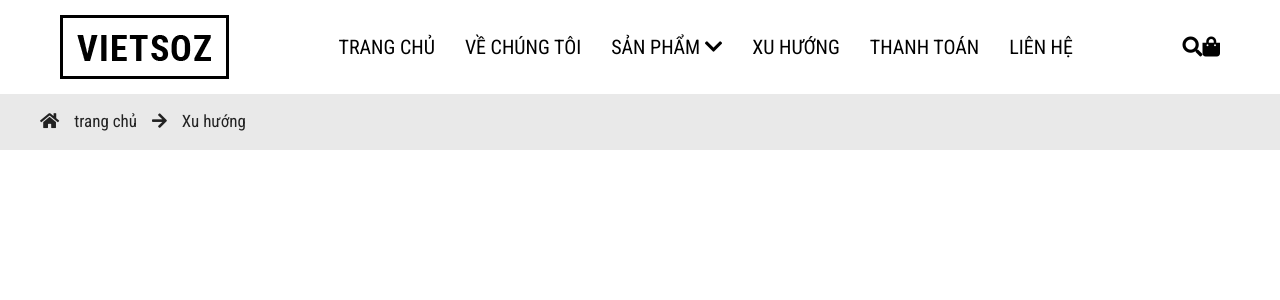
Repository: vinhtk0209/Vietsoz-reponsive
Page: index.html
These files come from the project's save history. The page is drawn as it stood at one moment and after the next save; the edit follows.
The browser window is 1280 px wide. The pictures show the whole page.

Above is the page before, as saved 2021-10-23 17:14:01.

### index.html
<!DOCTYPE html>
<html lang="en">
  <head>
    <meta charset="UTF-8" />
    <meta http-equiv="X-UA-Compatible" content="IE=edge" />
    <meta name="viewport" content="width=device-width, initial-scale=1.0" />
    <link rel="stylesheet" href="assets/css/reset.css" />
    <link rel="stylesheet" href="assets/css/global.css" />
    <link rel="stylesheet" href="assets/css/main.css" />
    <link rel="stylesheet" href="assets/fontawesome/css/all.css" />
    <link rel="stylesheet" href="assets/css/reponsive.css">
    <link rel="preconnect" href="https://fonts.googleapis.com" />
    <link rel="preconnect" href="https://fonts.gstatic.com" crossorigin />
    <link
      href="https://fonts.googleapis.com/css2?family=Roboto:ital,wght@0,100;0,300;0,400;0,500;0,700;0,900;1,100;1,300;1,400;1,500;1,700;1,900&display=swap"
      rel="stylesheet"
    />
    <link rel="preconnect" href="https://fonts.googleapis.com" />
    <link rel="preconnect" href="https://fonts.gstatic.com" crossorigin />
    <link
      href="https://fonts.googleapis.com/css2?family=Roboto+Condensed:ital,wght@0,300;0,400;0,700;1,300;1,400;1,700&display=swap"
      rel="stylesheet"
    />
    <div id="fb-root"></div>
    <script
      async
      defer
      crossorigin="anonymous"
      src="https://connect.facebook.net/vi_VN/sdk.js#xfbml=1&version=v11.0"
      nonce="ecJjSUD8"
    ></script>
    <title>VIESOZ</title>
  </head>

  <body>
    <!-- wrapper starts -->
    <div class="wrapper">
      <!-- header starts -->
      <header class="header">
        <div class="container">
          <div
            class="wp-header-top d-flex align-i-center justify-content-between"
          >
            <div class="header-banner">
              <img src="assets/images/logo.png" alt="" />
            </div>
            <nav class="header-main-menu">
              <ul class="d-flex main-menu">
                <li><a href="">trang chủ</a></li>
                <li><a href="">về chúng tôi</a></li>
                <li class="product-have-menu">
                  <a href=""
                    >sản phẩm
                    <span class="arrow-down"
                      ><i class="fas fa-chevron-down"></i></span
                  ></a>

                </li>

                <li><a href="">xu hướng</a></li>
                <li><a href="">thanh toán</a></li>
                <li><a href="">liên hệ</a></li>

              </ul>

            </nav>
            <ul class="icon-menu d-flex">
              <li>
                <a href=""
                  ><span class="search"><i class="fas fa-search"></i></span
                ></a>
              </li>
              <li>
                <a href="" class="shopping-cart"
                  ><span class="icon-cart"
                    ><i class="fas fa-shopping-bag"></i></span
                ></a>
              </li>
            </ul>
          </div>
        </div>
        <div class="wp-head-extra-menu">
          <ul class="list-menu-header-extra d-flex container">
            <li>
              <a href="">
                <span class="home-icon">
                  <i class="fas fa-home"></i>
                </span>
              </a>
            </li>

            <li class="home-text">
              <a href="">trang chủ</a>
            </li>
            <li>
              <a href="">
                <span class="arrow-righ">
                  <i class="fas fa-arrow-right"></i>
                </span>
              </a>
            </li>
            <li class="trend">
              <a href="">Xu hướng</a>
            </li>
          </ul>
        </div>

      </header>
      <!-- header ends -->

      <!-- content starts -->
      <!-- wp-content starts -->


      <!-- wp-content ends -->

      <!-- sidebar starts -->


      <!-- sidebar ends -->

      <!-- content ends -->

    </div>
    <!-- wrapper ends -->
  </body>
</html>

### assets/css/reset.css
/*
 * Bootstrap Reboot v4.3.1 (https://getbootstrap.com/)
 * Copyright 2011-2019 The Bootstrap Authors
 * Copyright 2011-2019 Twitter, Inc.
 * Licensed under MIT (https://github.com/twbs/bootstrap/blob/master/LICENSE)
 * Forked from Normalize.css, licensed MIT (https://github.com/necolas/normalize.css/blob/master/LICENSE.md)
 */

*,
*::before,
*::after {
    box-sizing: border-box;
}

html {
    font-family: sans-serif;
    line-height: 1.15;
    -webkit-text-size-adjust: 100%;
    -webkit-tap-highlight-color: rgba(0, 0, 0, 0);
}

article,
aside,
figcaption,
figure,
footer,
header,
hgroup,
main,
nav,
section {
    display: block;
}

body {
    margin: 0;
    font-family: -apple-system, BlinkMacSystemFont, "Segoe UI", Roboto, "Helvetica Neue", Arial, "Noto Sans", sans-serif, "Apple Color Emoji", "Segoe UI Emoji", "Segoe UI Symbol", "Noto Color Emoji";
    font-size: 1rem;
    font-weight: 400;
    line-height: 1.5;
    color: #212529;
    text-align: left;
    background-color: #fff;
}

[tabindex="-1"]:focus {
    outline: 0 !important;
}

hr {
    box-sizing: content-box;
    height: 0;
    overflow: visible;
}

h1,
h2,
h3,
h4,
h5,
h6 {
    margin-top: 0;
    margin-bottom: 0.5rem;
}

p {
    margin-top: 0;
    margin-bottom: 1rem;
}

abbr[title],
abbr[data-original-title] {
    text-decoration: underline;
    -webkit-text-decoration: underline dotted;
    text-decoration: underline dotted;
    cursor: help;
    border-bottom: 0;
    -webkit-text-decoration-skip-ink: none;
    text-decoration-skip-ink: none;
}

address {
    margin-bottom: 1rem;
    font-style: normal;
    line-height: inherit;
}

ol,
ul,
dl {
    margin-top: 0;
    margin-bottom: 1rem;
}

ol ol,
ul ul,
ol ul,
ul ol {
    margin-bottom: 0;
}

dt {
    font-weight: 700;
}

dd {
    margin-bottom: .5rem;
    margin-left: 0;
}

blockquote {
    margin: 0 0 1rem;
}

b,
strong {
    font-weight: bolder;
}

small {
    font-size: 80%;
}

sub,
sup {
    position: relative;
    font-size: 75%;
    line-height: 0;
    vertical-align: baseline;
}

sub {
    bottom: -.25em;
}

sup {
    top: -.5em;
}

a {
    color: #007bff;
    text-decoration: none;
    background-color: transparent;
}

a:hover {
    color: #0056b3;
    text-decoration: underline;
}

a:not([href]):not([tabindex]) {
    color: inherit;
    text-decoration: none;
}

a:not([href]):not([tabindex]):hover,
a:not([href]):not([tabindex]):focus {
    color: inherit;
    text-decoration: none;
}

a:not([href]):not([tabindex]):focus {
    outline: 0;
}

pre,
code,
kbd,
samp {
    font-family: SFMono-Regular, Menlo, Monaco, Consolas, "Liberation Mono", "Courier New", monospace;
    font-size: 1em;
}

pre {
    margin-top: 0;
    margin-bottom: 1rem;
    overflow: auto;
}

figure {
    margin: 0 0 1rem;
}

img {
    vertical-align: middle;
    border-style: none;
}

svg {
    overflow: hidden;
    vertical-align: middle;
}

table {
    border-collapse: collapse;
}

caption {
    padding-top: 0.75rem;
    padding-bottom: 0.75rem;
    color: #6c757d;
    text-align: left;
    caption-side: bottom;
}

th {
    text-align: inherit;
}

label {
    display: inline-block;
    margin-bottom: 0.5rem;
}

button {
    border-radius: 0;
}

button:focus {
    outline: 1px dotted;
    outline: 5px auto -webkit-focus-ring-color;
}

input,
button,
select,
optgroup,
textarea {
    margin: 0;
    font-family: inherit;
    font-size: inherit;
    line-height: inherit;
}

button,
input {
    overflow: visible;
}

button,
select {
    text-transform: none;
}

select {
    word-wrap: normal;
}

button,
[type="button"],
[type="reset"],
[type="submit"] {
    -webkit-appearance: button;
}

button:not(:disabled),
[type="button"]:not(:disabled),
[type="reset"]:not(:disabled),
[type="submit"]:not(:disabled) {
    cursor: pointer;
}

button::-moz-focus-inner,
[type="button"]::-moz-focus-inner,
[type="reset"]::-moz-focus-inner,
[type="submit"]::-moz-focus-inner {
    padding: 0;
    border-style: none;
}

input[type="radio"],
input[type="checkbox"] {
    box-sizing: border-box;
    padding: 0;
}

input[type="date"],
input[type="time"],
input[type="datetime-local"],
input[type="month"] {
    -webkit-appearance: listbox;
}

textarea {
    overflow: auto;
    resize: vertical;
}

fieldset {
    min-width: 0;
    padding: 0;
    margin: 0;
    border: 0;
}

legend {
    display: block;
    width: 100%;
    max-width: 100%;
    padding: 0;
    margin-bottom: .5rem;
    font-size: 1.5rem;
    line-height: inherit;
    color: inherit;
    white-space: normal;
}

progress {
    vertical-align: baseline;
}

[type="number"]::-webkit-inner-spin-button,
[type="number"]::-webkit-outer-spin-button {
    height: auto;
}

[type="search"] {
    outline-offset: -2px;
    -webkit-appearance: none;
}

[type="search"]::-webkit-search-decoration {
    -webkit-appearance: none;
}

::-webkit-file-upload-button {
    font: inherit;
    -webkit-appearance: button;
}

output {
    display: inline-block;
}

summary {
    display: list-item;
    cursor: pointer;
}

template {
    display: none;
}

[hidden] {
    display: none !important;
}


/*# sourceMappingURL=bootstrap-reboot.css.map */

### assets/css/global.css
/* .text-center{
    text-align: center;
}
.text-left{
    text-align: left;
}
.text-right{
    text-align: right;
}
.float-left{
    float:left;

}
.float-right{
    float:right;
}
.container{
    width:1150px;
    margin:0px auto;


}
.flex-space{
    display:flex;
    justify-content:space-between;
}
.align-i-center{
    align-items: center;
}
.mg-top-30{
    margin-top: 30px;
}
.mg-top-22{
    margin-top: 22px;
}
.d-flex{
    display:flex;
}
.bg-black{

    background-color: #131619;
}
.pt-10{
    padding-top: 10px;
} */
.container {
    max-width: 1200px;

    margin: 0px auto;
    /* display:flex; */

}

.justify-content-between {
    justify-content: space-between;
}

.d-flex {
    display: flex;
}

.jus-between {
    justify-content: space-between;
}

.align-i-center {
    align-items: center;
}

.mg-bottom-80 {
    margin-bottom: 80px;
}

.fl-basics-30 {
    flex-basis: 30%;
}

.pd-top-40 {
    padding-top: 40px;
}
.pd-top-10{
    padding-top:10px;
}
.text-center {
    text-align: center;
}

### assets/css/main.css
* {
    margin: 0;
    padding: 0;
}

body {
    /* font-family: 'Roboto', sans-serif; */
    line-height: 1.5;
}

ul {
    list-style-type: none;
    margin-bottom: 0px;
}

p,
h1,
h2,
h4 {
    margin-bottom: 0px;
}

.header {
    font-family: 'Roboto Condensed', sans-serif;
    margin-bottom: 45px;
    padding:15px 0;
   position: relative;

}

.wp-header-top {
    width: 100%;
    /* display:flex; */
    /* min-height: 110px; */
    margin-bottom: 15px;
    padding:0 20px;
}

.header-main-menu ul li:not(:first-child) {
    padding-left: 30px;
}

.header-main-menu ul li a {
    text-decoration: none;

    font-size: 20px;
    text-transform: uppercase;
    font-weight: 400;
    color: #000000;

}

.wp-header-top ul.icon-menu li a  {
    font-size: 20px;
    color: #000000;

}

.header-main-menu ul li a span.search {
    font-size: 15px;
}

.header-main-menu ul li a span.icon-cart {
    font-size: 25px;
}




.wp-head-extra-menu {
    background-color: #e9e9e9;
    min-height: 50px;
    padding:0 20px;
}

ul.list-menu-header-extra li:not(:first-child) {
    padding-left: 15px;
}

ul.list-menu-header-extra li {
    padding: 15px 0px;

}

ul.list-menu-header-extra {
    margin-bottom: 0px;
}

ul.list-menu-header-extra li a {
    text-decoration: none;
    font-size: 17px;
    color: #222222;
    font-weight: 400;
    box-sizing: border-box;
}


#content {
    font-family: 'Roboto', sans-serif;
}

.wp-content-news {
    max-width: 820px;

}

.wp-content-news ul.list-news li {
    display: flex;
    min-height: 227px;
    padding-bottom: 15px;
    border-bottom: 1px solid #a69e9e;
    margin-bottom: 20px;
    overflow: hidden;
}

.wp-content-news ul.list-news li:last-child {
    border: none;

}
.wp-content-news ul.list-news .image-news a{
    display:block;
    transition:transform 1s;

}
.wp-content-news ul.list-news .image-news a:hover{
    transform: scale(1.05);
}
.wp-content-news ul.list-news li .more-info a.title {
    padding-bottom: 15px;
    font-size: 24px;
    font-weight: 500;
    color: #333333;
    text-decoration: none;
}

.wp-content-news ul.list-news li .more-info p.date {
    font-size: 13px;
    color: #a69e9e;
    font-weight: 300;
}

.wp-content-news ul.list-news li .more-info p.content {
    padding-top: 25px;
    font-size: 14px;
    font-weight: 400;
    margin-bottom: 0px;
    color: #777777;

}

.wp-content-news ul.list-news li {
    font-weight: 400;
}

.wp-content-news ul.list-news li a {
    text-decoration: none;
}

.wp-content-news ul.list-news li .more-info {
    padding-left: 15px;

}

.wp-content-news .pages-num li:first-child {
    margin-right: 12px;
    font-size: 14px;
    text-transform: capitalize;

}

.wp-content-news .pages-num a {
    text-decoration: none;
}

.wp-content-news .pages-num li:not(:first-child) {
    margin-left: 7px;
    font-size: 13px;
    padding: 5px 12px;
    border: 1px solid #e9e9e9;
    transition: all 0.5s;

}

.wp-content-news .pages-num li:not(:first-child):hover {
    background-color: #272727;

}

.wp-content-news .pages-num li:not(:first-child):hover a {
    color: #ffffff;
}

.wp-content-news .pages-num li:not(:first-child) a {
    color: #0b0b0b;
}

.wp-content-list-caterory {
    /* padding-left: 90px; */
    font-weight: bold;
    max-width: 310px;
}

.wp-content-list-caterory .box-caterory {
    margin-bottom: 50px;
}

.wp-content-list-caterory .box-caterory .box-title {
    padding-top: 20px;
    padding-bottom: 20px;
    padding-left: 25px;
    background-color: #283943;
    color: #ffffff;


}

.wp-content-list-caterory .box-caterory .box-title h3 {
    margin-bottom: 0;
    font-size: 21px;

    text-transform: uppercase;

}

.wp-content-list-caterory .box-caterory .box-body ul {
    padding-left: 25px;
    padding-top: 20px;
    padding-bottom: 20px;
    padding-right: 15px;
    border: 1px solid #a69e9e;

}

.wp-content-list-caterory .box-caterory .box-body ul li {
    border-bottom: 1px solid #a69e9e;
    padding-bottom: 10px;


}

.box-caterory .box-body ul li:not(:first-child) {
    margin-top: 10px;

}

.box-caterory .box-body ul li a span.arrow-right {
    float: right;

}

.wp-content-list-caterory .box-caterory .box-body ul li a {
    text-decoration: none;
    color: #333333;
    text-transform: uppercase;
    font-size: 14px;
    transition: all 0.5s;
}

.box-caterory .box-body ul li:hover a {
    color: #d5be00;
}

.box-caterory .box-body ul li:hover {
    border-bottom: 1px solid #d5be00;
}

.box-banner {
    margin-bottom: 45px;
}


.list-product {
    border: 1px solid #a69e9e;

}

.list-product ul li {
    display: flex;
}

.list-product ul li a.title {
    font-size: 14px;
    text-decoration: none;
}

.wp-content-list-caterory .box-product {
    font-weight: 500;
}

.wp-content-list-caterory .box-product .box-title {
    padding-top: 20px;
    padding-bottom: 20px;
    padding-left: 25px;
    background-color: #283943;
    color: #ffffff;
    text-transform: uppercase;
}

.box-product {}

.box-product .box-body ul {
    padding: 10px 15px;
}

.box-product .box-body ul li {
    border-bottom: 1px solid #a69e9e;
    padding-bottom: 20px;
    margin-bottom: 10px;
}

.box-product .box-body ul li:last-child {
    border: none;
}

.box-product .box-body .image-product {
    margin-right: 10px;
}

.box-product .box-body .info-product a.title {
    color: #272727;
    font-size: 14px;
    padding-bottom: 15px;
    display: block;
}

.box-product .box-body .info-product p {
    padding-bottom: 4px;
    display: block;
}

.box-product .box-body .info-product p.price:not(span.discount) {
    font-size: 15px;
    color: #d40707;
    padding-right: 8px;
}

.box-product .box-body .info-product span.discount {
    font-size: 12px;
    color: #909090;
}

.box-product .box-body .info-product a.details {
    font-size: 13px;
    color: #00708c;
    text-decoration: underline;
    /* margin:0; */
}

.box-product .box-body .info-product span.buy-arrow-right {
    padding-left: 2px;
}

.footer {
    background-color: #1b1b1b;
    min-height: 410px;
    padding-top: 70px;
    color: #ffffff;
    font-size: 16px;
    font-weight: 300;
}

.footer a {
    text-decoration: none;
    color: #ffffff;
}
.footer h3{
    font-size: 28px;
    text-transform: uppercase;
}
.footer ul {
    list-style: circle;
}
.footer ul.footer-caterory li:not(:first-child){
    padding-top:15px;

}
.footer ul.footer-seller li:not(:first-child){
    padding-top:15px;
}
.footer .footer-facebook{
    padding-top:90px;
}
.copyright{
    min-height: 50px;
    background-color:#ffffff;
}

/* .footer .box-body ul.footer-caterory{
    list-style:  circle;
}


} */

### assets/css/reponsive.css
@media screen and (max-width: 1040px) {
    nav.header-main-menu{

    }
}

Loaded but not shown: assets/fontawesome/css/all.css (library)

After the next save:
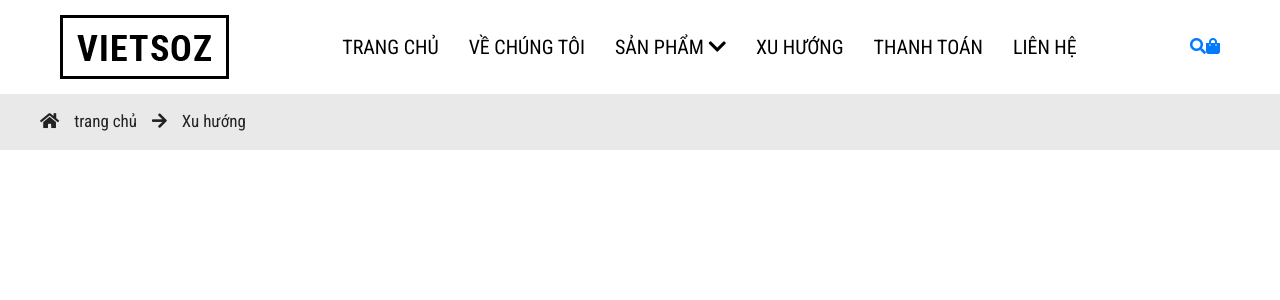
Saved 5 s later.
--- a/assets/css/main.css
+++ b/assets/css/main.css
@@ -49,7 +49,7 @@
     color: #000000;
 
 }
-
+.wp-header-top ul.icon-menu
 .wp-header-top ul.icon-menu li a  {
     font-size: 20px;
     color: #000000;

After the save that followed:
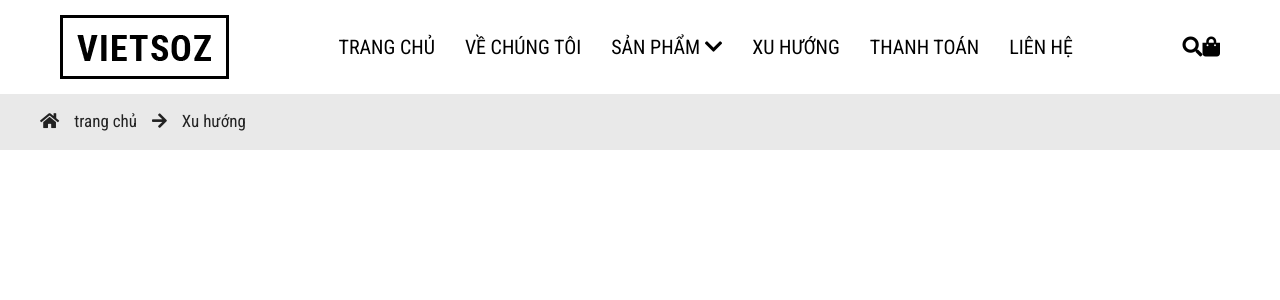
Saved 6 s later.
--- a/assets/css/main.css
+++ b/assets/css/main.css
@@ -49,7 +49,9 @@
     color: #000000;
 
 }
-.wp-header-top ul.icon-menu
+.wp-header-top ul.icon-menu {
+    gap
+}
 .wp-header-top ul.icon-menu li a  {
     font-size: 20px;
     color: #000000;
